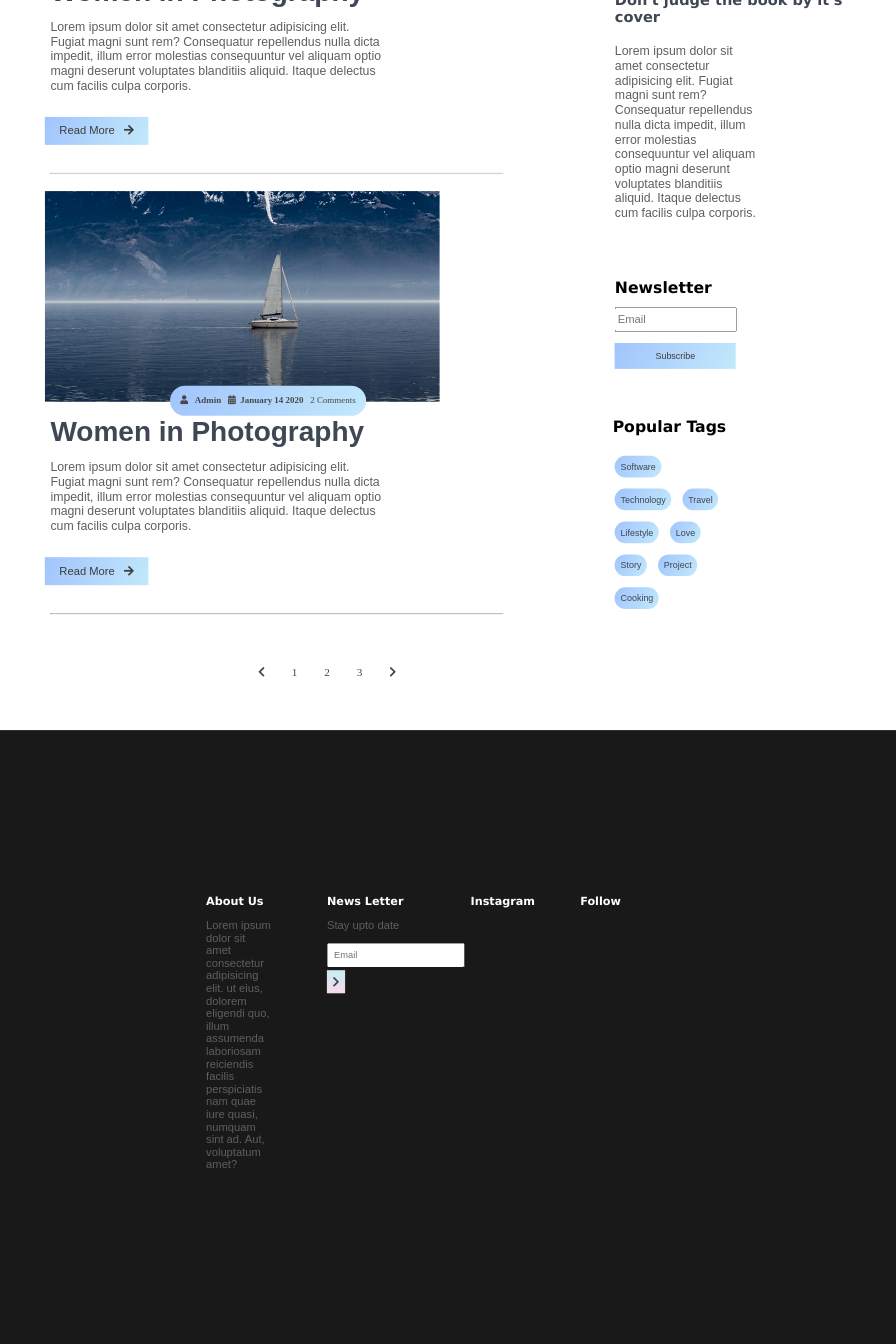
Repository: premjawaharp/Blogsite
Page: index.html
The author's editor kept a copy of each file at every save. The page is drawn from the files as they stood at one save, then again after a run of saves.
The browser window is 1280 px wide. The pictures show the part of the page from y = 2910 to 4830 px (the page is 4830 px tall before and 4340 px after), at 70% of full size.

Above is the page before, as saved 2020-09-18 15:25:19.

After the next 2 saves:
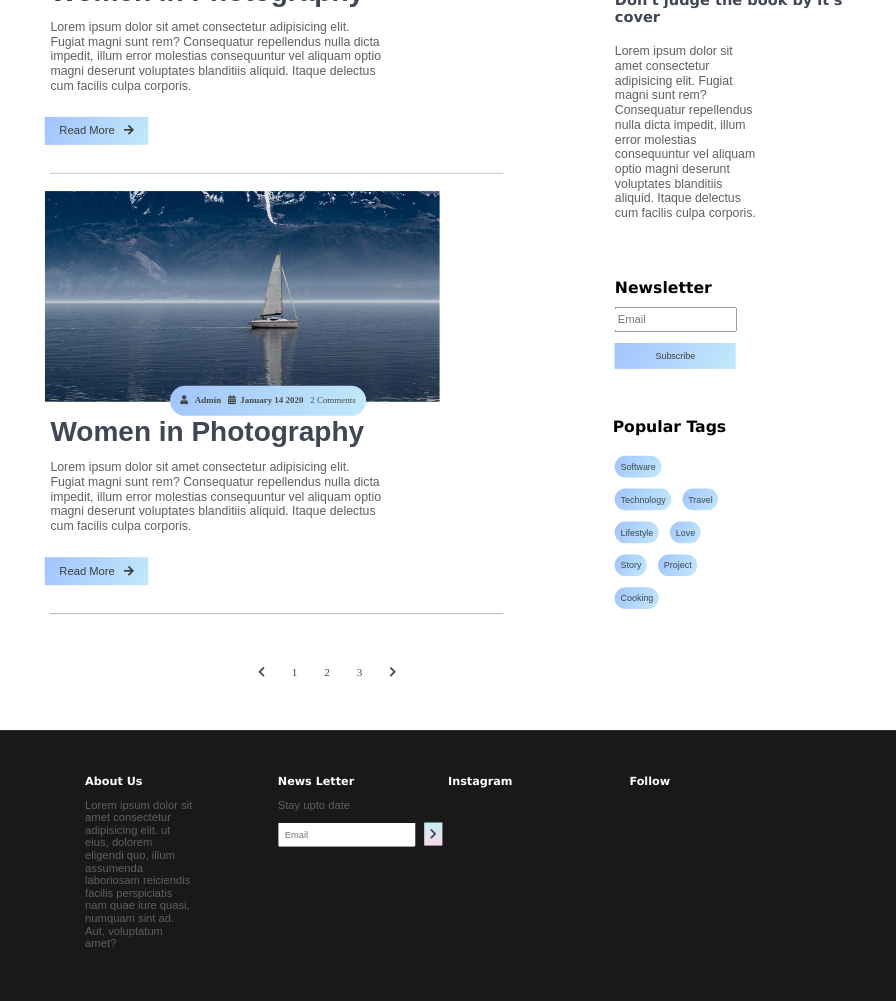
The 2 saves are shown as one change because they came seconds apart.
The last was saved 11 s later.
--- a/css/style.css
+++ b/css/style.css
@@ -483,7 +483,7 @@ main .news-letter .news-form .new-form-btn {
 
 }
 .footer .pad-pad{
-    padding:20%;
+    padding:5%;
     padding-t
 }
 .footer .news-inputs span{
